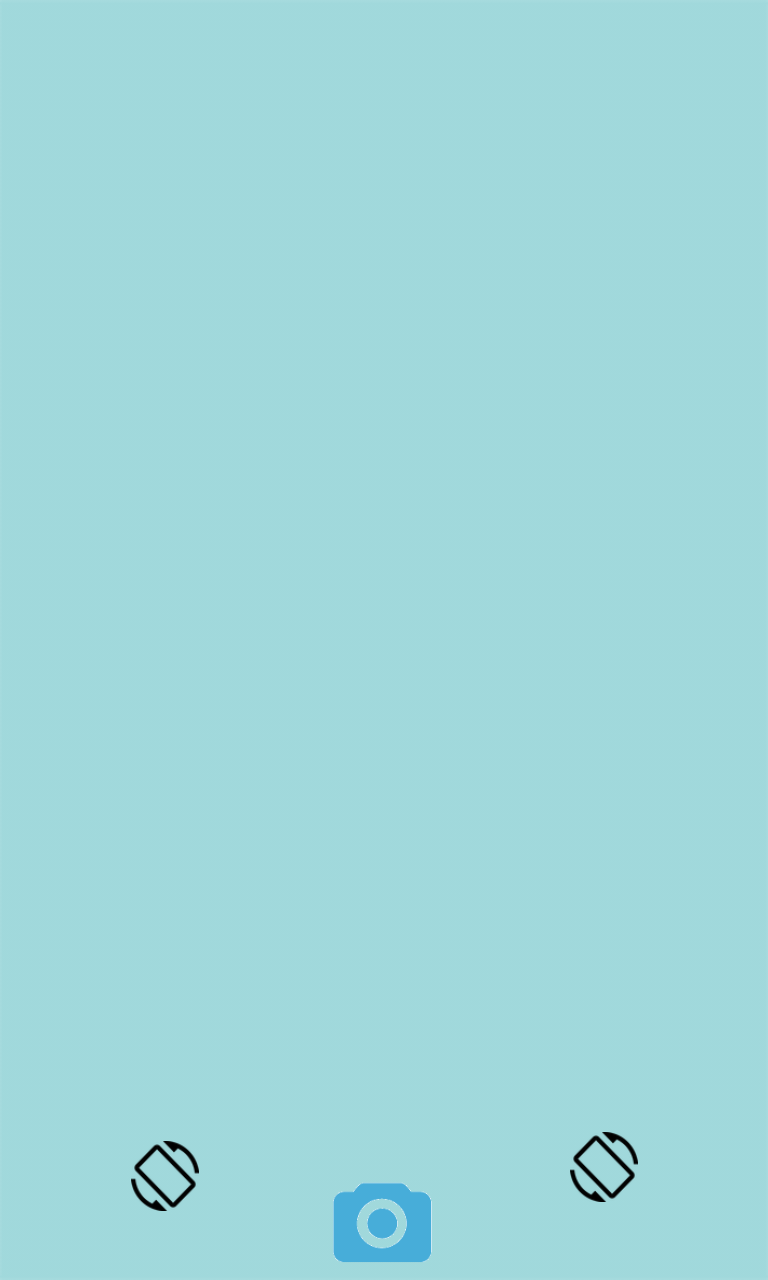
Repository: jucasoliveira/crazycameraapp
Layout: CrazyCameraCp/res/layout/activity_main.xml
The author's editor kept a copy of each file at every save. The layout is drawn from the files as they stood at one save, then again after the next save.
It is drawn on a 768 x 1280 px phone screen (xhdpi) without system bars, with theme AppTheme; the app's code is not run.

Above is the layout before, as saved 2015-04-16 23:33:38.

### CrazyCameraCp/res/layout/activity_main.xml
<?xml version="1.0" encoding="utf-8"?>
<LinearLayout xmlns:android="http://schemas.android.com/apk/res/android"
    android:orientation="vertical"
    android:layout_width="fill_parent"
    android:layout_height="fill_parent"
    android:background="@drawable/bluetint"
    >
  <FrameLayout
    android:id="@+id/camera_preview"
    android:layout_width="fill_parent"
    android:layout_height="fill_parent"
    android:layout_weight="1"
    />

  <Button
      android:id="@+id/button_capture"
      android:layout_width="77dp"
      android:layout_height="58dp"
      android:layout_gravity="center"
      android:layout_marginLeft="0dp"
      android:layout_marginTop="10dp"
      android:background="@drawable/iconcamera" />

   <Button
       android:id="@+id/button_rotate"
       android:layout_width="34dp"
       android:layout_height="35dp"
       android:layout_gravity="center"
       android:layout_marginLeft="-110dp"
       android:layout_marginTop="-70dp"
       android:background="@drawable/icon_rotate" />
      <Button
       android:id="@+id/button_flash"
       android:layout_width="34dp"
       android:layout_height="35dp"
       android:layout_gravity="center"
       android:layout_marginLeft="110dp"
       android:layout_marginTop="-40dp"
       android:background="@drawable/icon_rotate" />

</LinearLayout>

Loaded but not shown: CrazyCameraCp/res/values/styles.xml (common file); CrazyCameraCp/res/values-v11/styles.xml (common file); CrazyCameraCp/res/values-v14/styles.xml (common file)

After the next save:
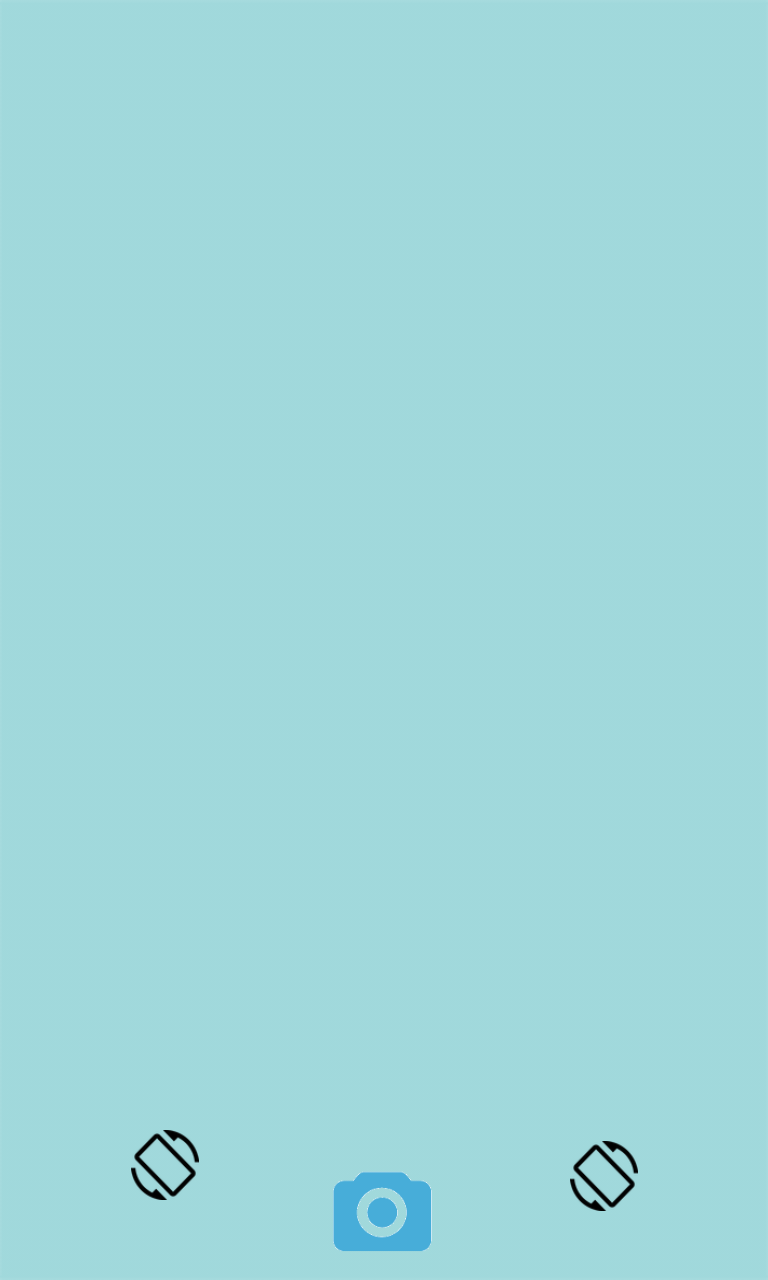
Saved 7 s later.
--- a/CrazyCameraCp/res/layout/activity_main.xml
+++ b/CrazyCameraCp/res/layout/activity_main.xml
@@ -35,7 +35,7 @@
        android:layout_height="35dp"
        android:layout_gravity="center"
        android:layout_marginLeft="110dp"
-       android:layout_marginTop="-40dp"
+       android:layout_marginTop="-30dp"
        android:background="@drawable/icon_rotate" />
 
 </LinearLayout>
